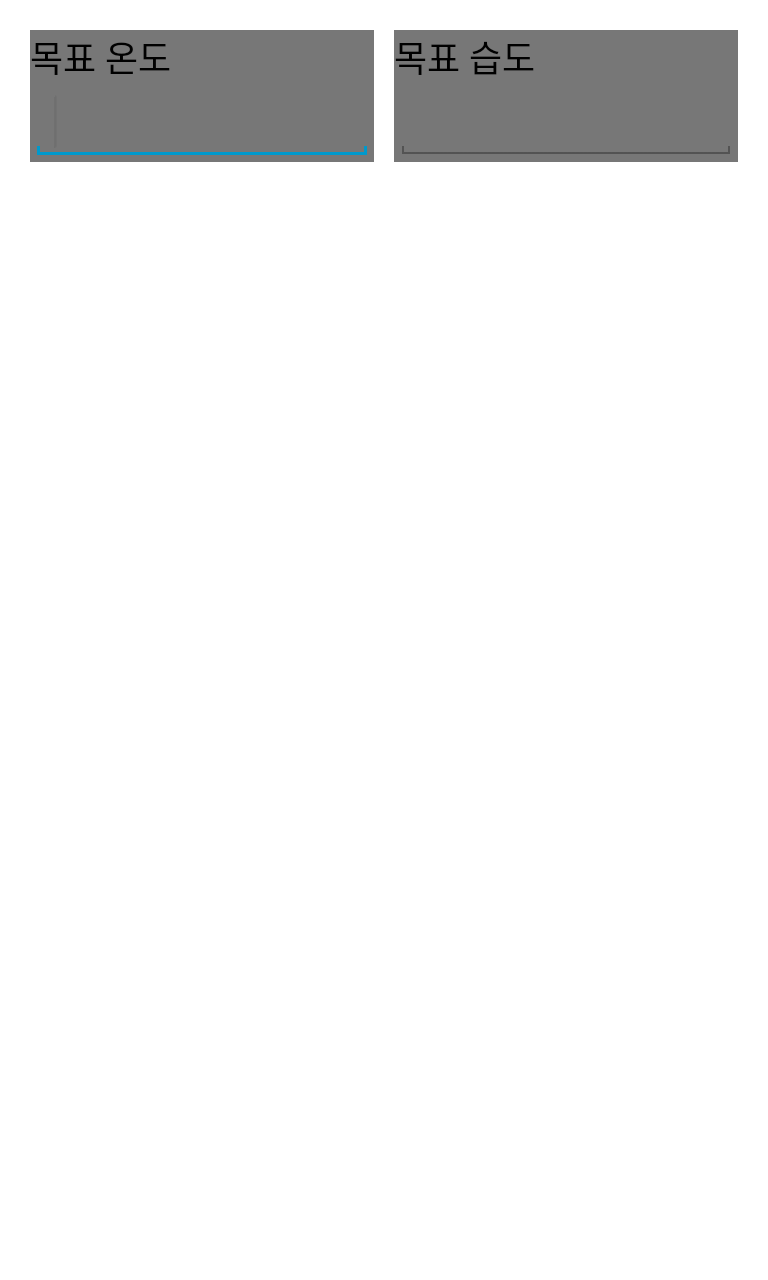
Repository: YeoeunJeong/SinNaYeo
Layout: sny_android/SinNaYeoAndroid/res/layout/activity_setting.xml
These files come from the project's save history. The layout is drawn as it stood at one moment and after a run of saves; the edit follows.
It is drawn on a 768 x 1280 px phone screen (xhdpi) without system bars, with theme AppTheme; the app's code is not run.

Above is the layout before, as saved 2015-09-01 16:47:27.

### sny_android/SinNaYeoAndroid/res/layout/activity_setting.xml
<LinearLayout xmlns:android="http://schemas.android.com/apk/res/android"
    android:layout_width="fill_parent"
    android:layout_height="fill_parent"
    android:orientation="vertical"
    android:padding="10dp" >

    <LinearLayout
        android:layout_width="match_parent"
        android:layout_height="wrap_content"
        android:layout_weight="1" >

        <LinearLayout
            android:layout_width="wrap_content"
            android:layout_height="wrap_content"
            android:layout_margin="5dp"
            android:layout_weight="1"
            android:background="#777777"
            android:orientation="vertical" >

            <TextView
                android:layout_width="wrap_content"
                android:layout_height="wrap_content"
                android:text="목표 온도"
                android:textAppearance="?android:attr/textAppearanceMedium" />

            <EditText
                android:id="@+id/setting_set_temper_edit"
                android:layout_width="match_parent"
                android:layout_height="wrap_content"
                android:inputType="number" >

                <requestFocus />
            </EditText>
        </LinearLayout>

        <LinearLayout
            android:layout_width="wrap_content"
            android:layout_height="wrap_content"
            android:layout_margin="5dp"
            android:layout_weight="1"
            android:background="#777777"
            android:orientation="vertical" >

            <TextView
                android:layout_width="wrap_content"
                android:layout_height="wrap_content"
                android:text="목표 습도"
                android:textAppearance="?android:attr/textAppearanceMedium" />

            <EditText
                android:id="@+id/setting_set_humid_edit"
                android:layout_width="match_parent"
                android:layout_height="wrap_content"
                android:inputType="number" />
        </LinearLayout>
    </LinearLayout>

</LinearLayout>

Loaded but not shown: sny_android/SinNaYeoAndroid/res/values/styles.xml (common file); sny_android/SinNaYeoAndroid/res/values-v11/styles.xml (common file); sny_android/SinNaYeoAndroid/res/values-v14/styles.xml (common file)

After the next 2 saves:
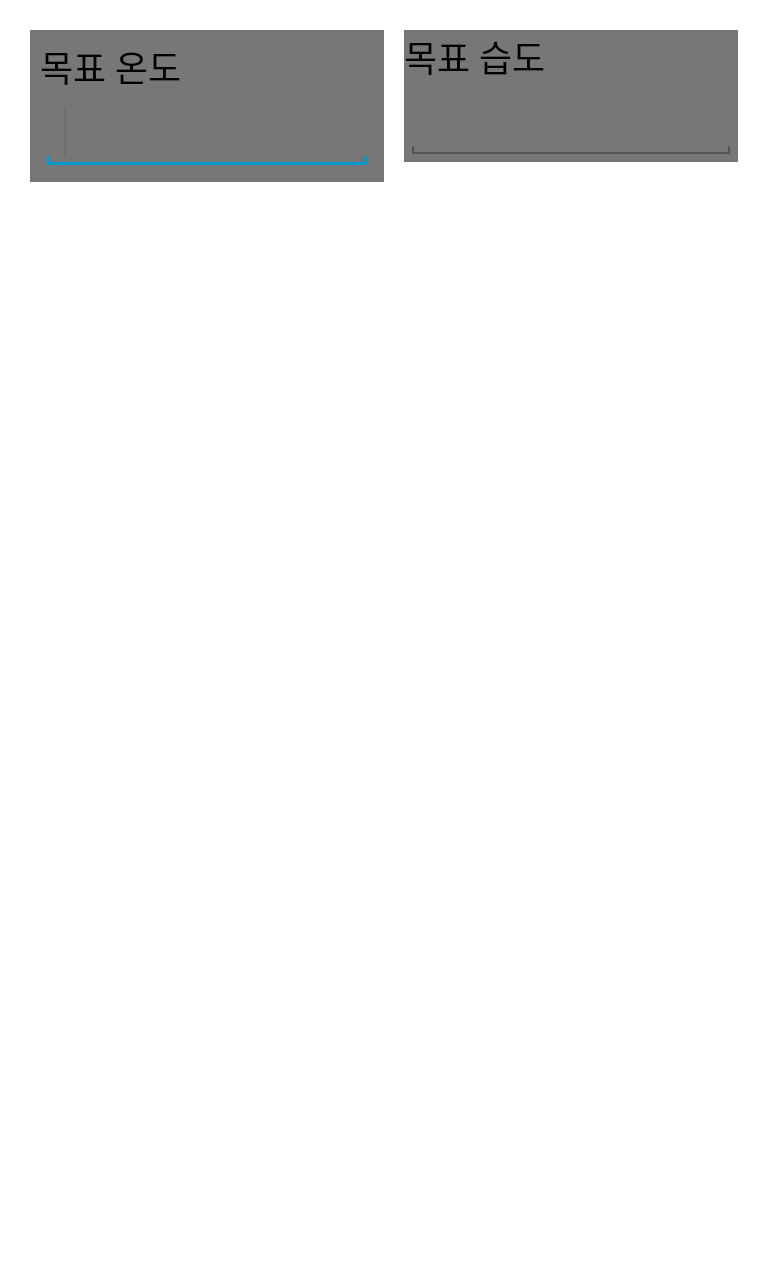
The 2 saves are shown as one change because they came seconds apart.
The last was saved 24 s later.
--- a/sny_android/SinNaYeoAndroid/res/layout/activity_setting.xml
+++ b/sny_android/SinNaYeoAndroid/res/layout/activity_setting.xml
@@ -15,7 +15,8 @@
             android:layout_margin="5dp"
             android:layout_weight="1"
             android:background="#777777"
-            android:orientation="vertical" >
+            android:orientation="vertical"
+            android:padding="5dp" >
 
             <TextView
                 android:layout_width="wrap_content"
@@ -38,6 +39,7 @@
             android:layout_height="wrap_content"
             android:layout_margin="5dp"
             android:layout_weight="1"
+            setting_set_humid_edit=""
             android:background="#777777"
             android:orientation="vertical" >
 
